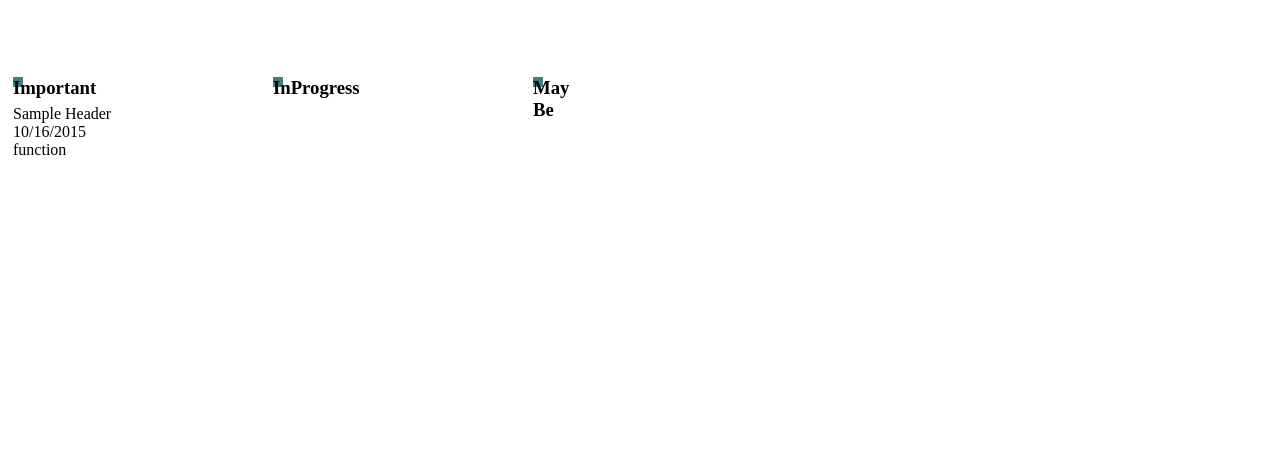
Repository: TharanyaM/Adaptavant--project
Page: Jdo/war/todo.html
The author's editor kept a copy of each file at every save. The page is drawn from the files as they stood at one save, then again after the next save.
The browser window is 1280 px wide. The pictures show the whole page.

Above is the page before, as saved 2015-10-16 12:16:17.

After the next save:
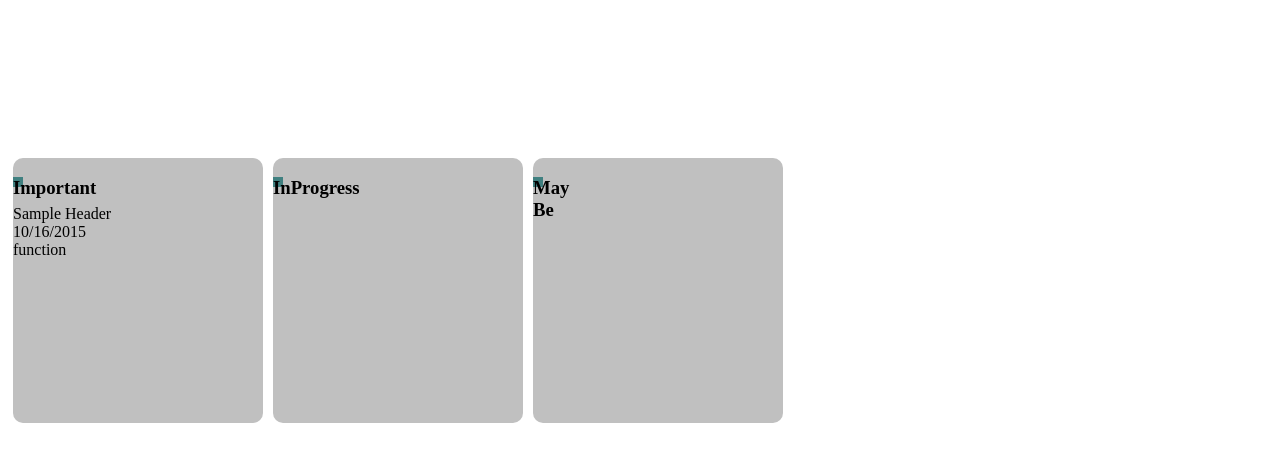
Saved 36 s later.
--- a/Jdo/war/style.css
+++ b/Jdo/war/style.css
@@ -2,8 +2,8 @@
   width: 250px;
   height:250px;
   float: left;
-  margin: 50px 5px;
-  background-color: #ffffff;
+  margin: 150px 5px;
+  background-color: #c0c0c0;
   min-height: 240px;
   border-radius: 10px;
   padding-bottom: 15px;
